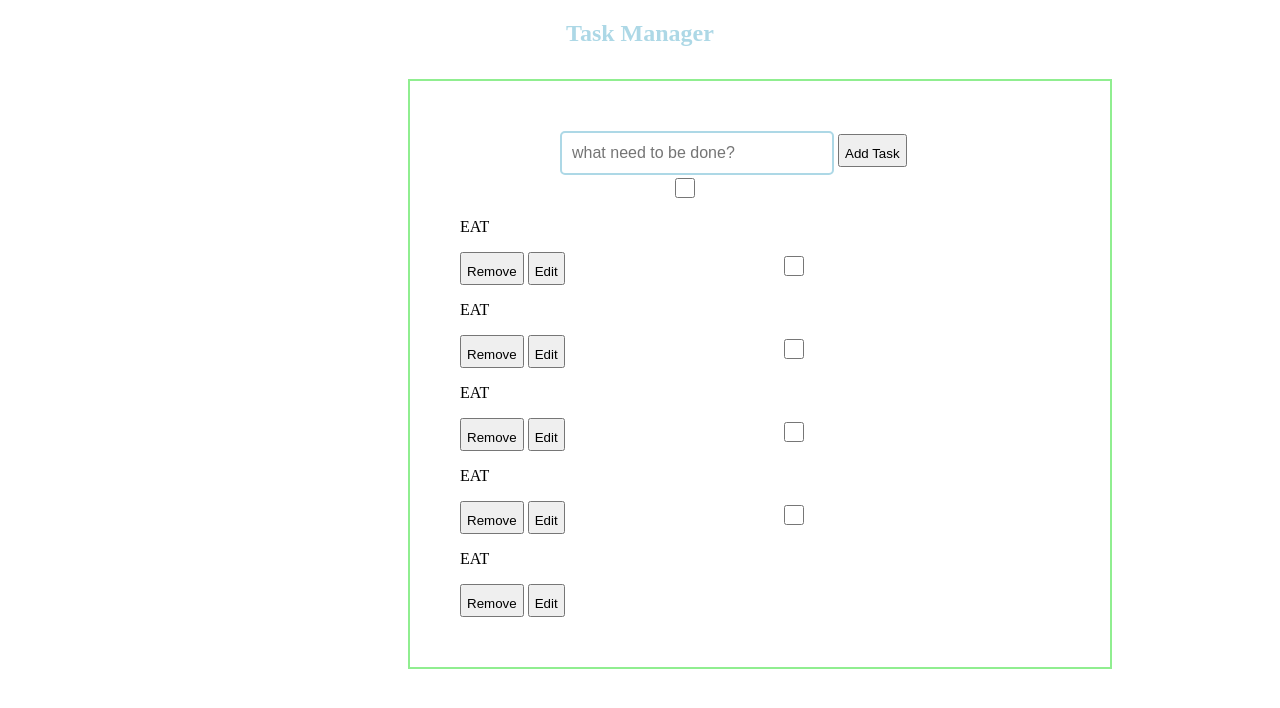
Repository: sristigupta04/basic-js-project
Page: todo app/title.html
The author's editor kept a copy of each file at every save. The page is drawn from the files as they stood at one save, then again after the next save.
The browser window is 1280 px wide. The pictures show the whole page.

Above is the page before, as saved 2025-10-28 19:02:59.

### todo app/title.html
<!DOCTYPE html>
<html lang="en">
<head>
    <meta charset="UTF-8">
    <meta name="viewport" content="width=device-width, initial-scale=1.0">
    <title>Todo App</title>
    <link rel="stylesheet" href="title.css"/>
</head>
<body>
    <h2> Task Manager</h2>
    <div class="contain">
        <input type="text" placeholder="what need to be done?"></input>
        <button>Add Task</button>

        <div class="row">
            <input type="checkbox"><p> EAT</p> <button>Remove</button> <button>Edit</button>
            <input type="checkbox"><p> EAT</p> <button>Remove</button> <button>Edit</button>
             <input type="checkbox"><p> EAT</p> <button>Remove</button> <button>Edit</button>
              <input type="checkbox"><p> EAT</p> <button>Remove</button> <button>Edit</button>
               <input type="checkbox"><p> EAT</p> <button>Remove</button> <button>Edit</button>
        </div>
    </div>
</body>
</html>

### todo app/title.css
.body{

    text-align: center;
    font-family: 'Trebuchet MS', 'Lucida Sans Unicode', 'Lucida Grande', 'Lucida Sans', Arial, sans-serif;
    margin:0;
    padding: 0;
}

h2{
color:lightblue;
margin-top: 20px;
justify-content: center;
display: flex;
}
.contain{
 border: 2px solid lightgreen;
 width:600px;
 height: auto;
 margin-left: 400px;
 margin-top: 2rem;
 padding: 50px;
}
.contain input{
    width:250px;
    height: 20px;
    padding: 10px;
    font-size: 1rem;
     border:2px solid lightblue;
     border-radius: 5px;
     outline: none;
     margin-left: 100px;

}
.contain button{
     padding:  10px 5px  4px;
     ;
}

After the next save:
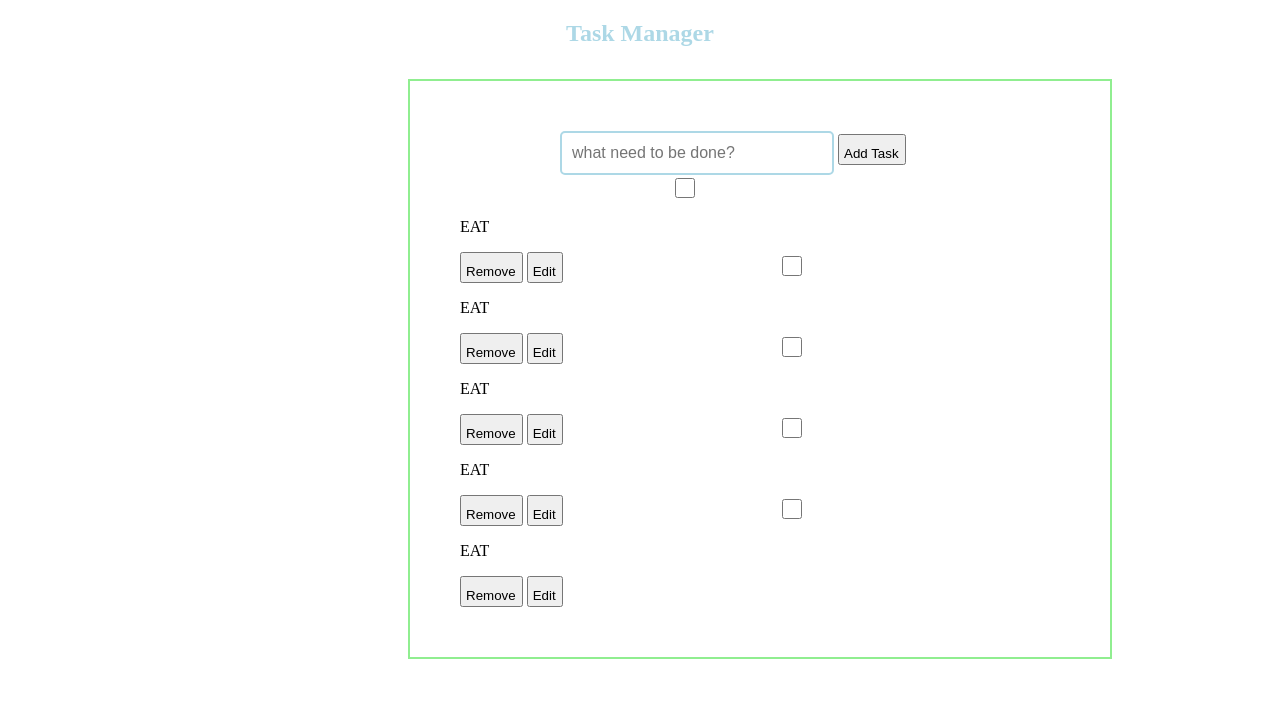
Saved 8 s later.
--- a/todo app/title.css
+++ b/todo app/title.css
@@ -32,6 +32,6 @@
 
 }
 .contain button{
-     padding:  10px 5px  4px;
+     padding:  10px 5px   2px 4px;
      ;
 }

After the save that followed:
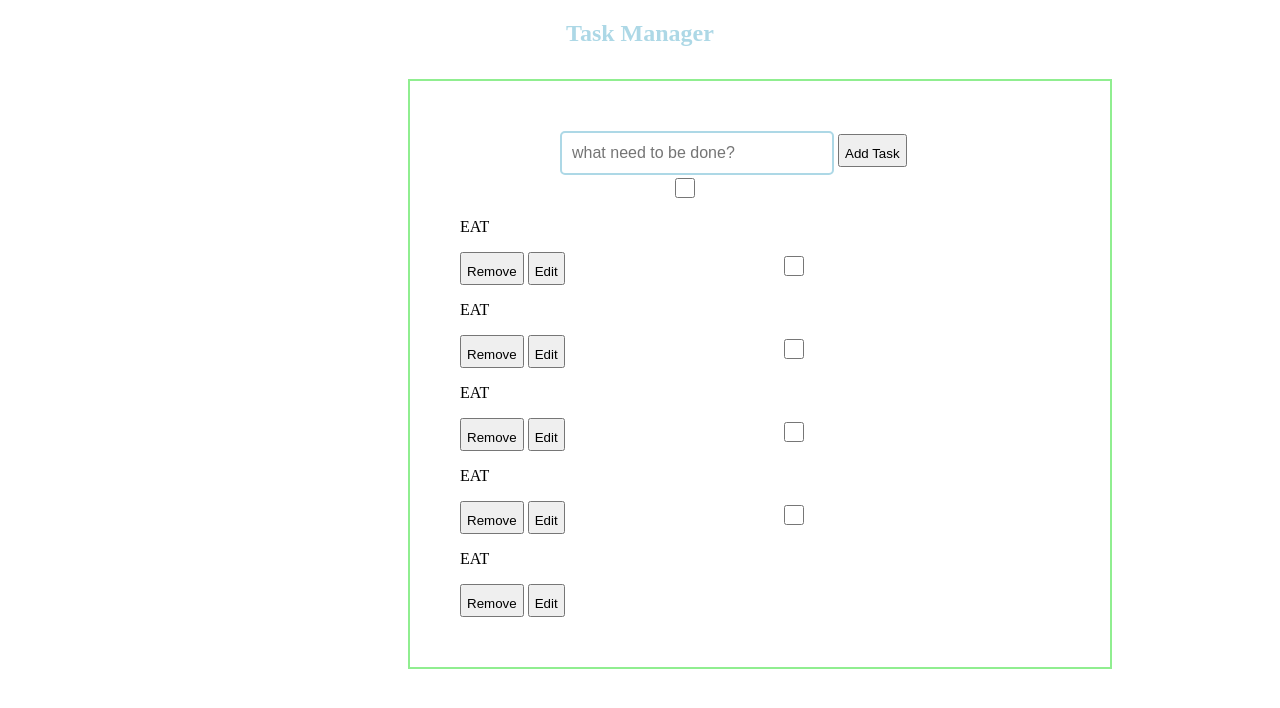
Saved 8 s later.
--- a/todo app/title.css
+++ b/todo app/title.css
@@ -32,6 +32,6 @@
 
 }
 .contain button{
-     padding:  10px 5px   2px 4px;
+     padding:  10px 5px 4px;
      ;
 }
